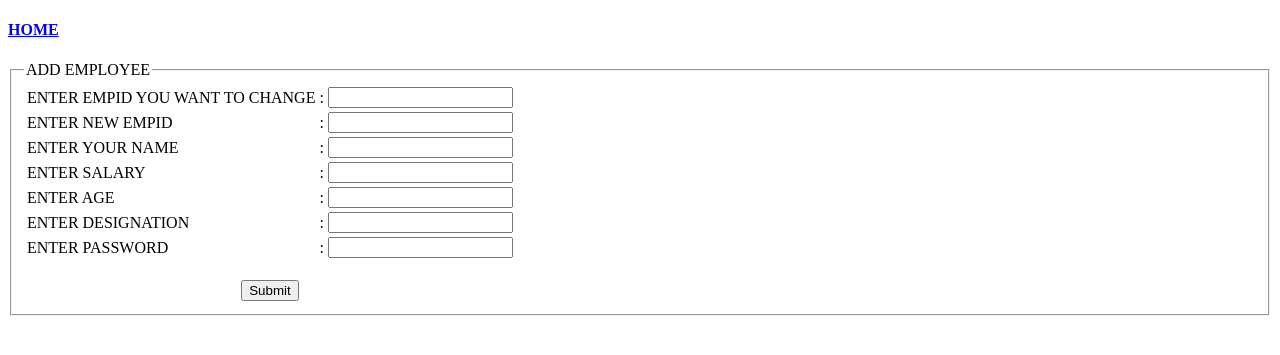
Repository: anishhegde14/TY_CG_HTD_BangaloreNovember_JFS_ANISHHEGDE
Page: http://localhost/mywebapp/updateEmpJsp
These files come from the project's save history. The page is drawn as it stood at one moment and after the next save; the edit follows.
The browser window is 1280 px wide. The pictures show the whole page.
The page is served by Tomcat 9. Other server files are loaded and not shown.

Above is the page before, as saved 2019-12-18 07:37:03.

### ServletsandSprings/mywebapp/src/main/webapp/updateEmpJsp.jsp
<%@ page language="java" contentType="text/html; charset=ISO-8859-1"
    pageEncoding="ISO-8859-1"%>
    <%@page session="false" %>
<!DOCTYPE html>
<html>
<head>
<meta charset="ISO-8859-1">
<title>Insert title here</title>
</head>
<body>
<h4><a href="./home">HOME</a></h4>
	<fieldset>

		<legend>ADD EMPLOYEE</legend>
		<form action="./addEmployee2" method="post">
			<table>
<tr>

					<td>ENTER EMPID YOU WANT TO CHANGE</td>
					<td>:</td>
					<td><input type="number" name="empid" required></td>
				</tr>




				<tr>

					<td>ENTER NEW EMPID</td>
					<td>:</td>
					<td><input type="number" name="empid" required></td>
				</tr>
				<tr>

					<td>ENTER YOUR NAME</td>
					<td>:</td>
					<td><input type="text" name="name" required></td>
				</tr>
				<tr>

					<td>ENTER SALARY</td>
					<td>:</td>
					<td><input type="number" name="salary" required></td>
				</tr>
				<tr>

					<td>ENTER AGE</td>
					<td>:</td>
					<td><input type="number" name="age" required></td>
				</tr>
				<tr>

					<td>ENTER DESIGNATION</td>
					<td>:</td>
					<td><input type="text" name="designation" required></td>
				</tr>
								<tr>
				<td>ENTER PASSWORD</td>
				<td>:</td>
				<td> <input type="password" name="password" required></td>
				</tr>

				<tr>

					<td colspan="3" align="center"><br> <input type="submit"
						value="Submit"></td>
				</tr>
			</table>

		</form>

	</fieldset>
</body>
</html>

After the next save:
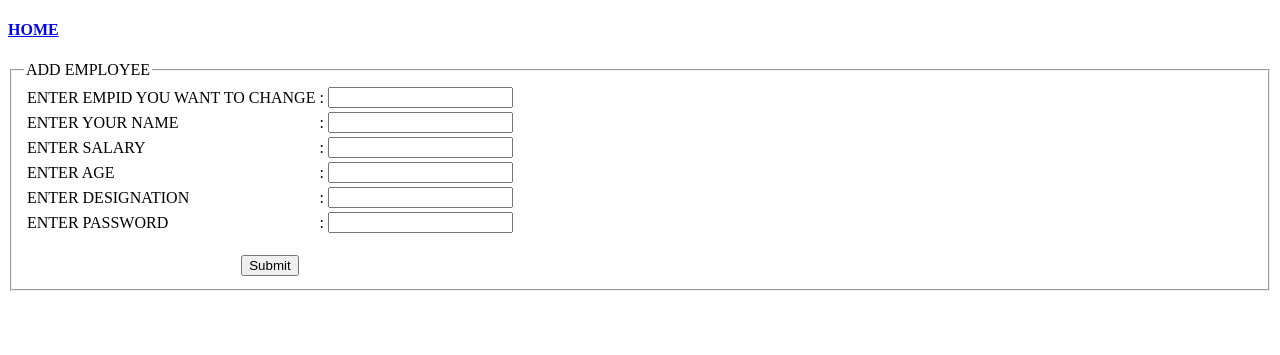
Saved 5 min 48 s later.
--- a/ServletsandSprings/mywebapp/src/main/webapp/updateEmpJsp.jsp
+++ b/ServletsandSprings/mywebapp/src/main/webapp/updateEmpJsp.jsp
@@ -1,6 +1,7 @@
 <%@ page language="java" contentType="text/html; charset=ISO-8859-1"
     pageEncoding="ISO-8859-1"%>
     <%@page session="false" %>
+    <%String msg=(String) request.getAttribute("msg"); %>
 <!DOCTYPE html>
 <html>
 <head>
@@ -24,40 +25,35 @@
 
 
 
-				<tr>
 
-					<td>ENTER NEW EMPID</td>
-					<td>:</td>
-					<td><input type="number" name="empid" required></td>
-				</tr>
 				<tr>
 
 					<td>ENTER YOUR NAME</td>
 					<td>:</td>
-					<td><input type="text" name="name" required></td>
+					<td><input type="text" name="name" ></td>
 				</tr>
 				<tr>
 
 					<td>ENTER SALARY</td>
 					<td>:</td>
-					<td><input type="number" name="salary" required></td>
+					<td><input type="number" name="salary" ></td>
 				</tr>
 				<tr>
 
 					<td>ENTER AGE</td>
 					<td>:</td>
-					<td><input type="number" name="age" required></td>
+					<td><input type="number" name="age" ></td>
 				</tr>
 				<tr>
 
 					<td>ENTER DESIGNATION</td>
 					<td>:</td>
-					<td><input type="text" name="designation" required></td>
+					<td><input type="text" name="designation" ></td>
 				</tr>
 								<tr>
 				<td>ENTER PASSWORD</td>
 				<td>:</td>
-				<td> <input type="password" name="password" required></td>
+				<td> <input type="password" name="password" ></td>
 				</tr>
 
 				<tr>
@@ -70,5 +66,10 @@
 		</form>
 
 	</fieldset>
+	<%if(msg!=null && !msg.isEmpty()) {%>
+	<h3 style ="color:red"><%=msg %></h3>
+
+	<%} %>
+
 </body>
 </html>
